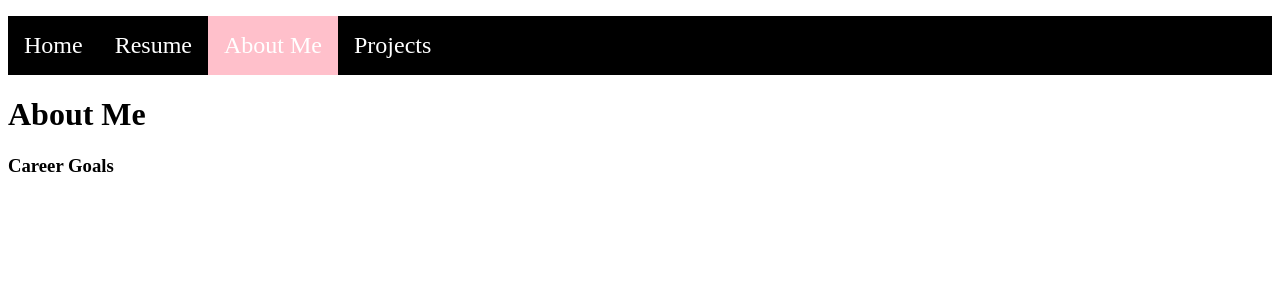
Repository: Peng-uin/Peng-uin.github.io
Page: aboutme.html
The author's editor kept a record of every edit. The page is drawn from the files as they stood at one moment, then again after the next edit.
The browser window is 1280 px wide. The pictures show the whole page.

Above is the page before.

After the next edit:
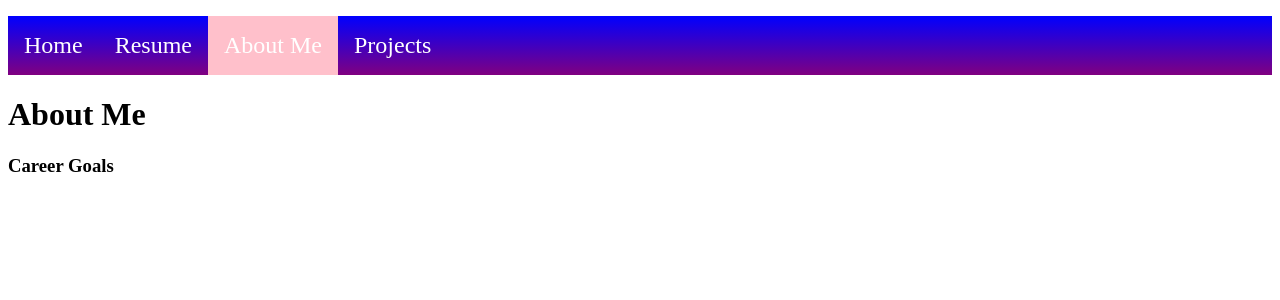
The edit:
--- a/style.css
+++ b/style.css
@@ -4,6 +4,10 @@
                 overflow: hidden;
                 padding: 0;
                 width: 100%;
+            background-image:-webkit-linear-gradient(blue, purple);
+            background-image:-moz-linear-gradient(blue, purple);
+            background-image:-o-linear-gradient(blue, purple);
+            background-image:linear-gradient(blue, purple);
             }
             .navbar a, .dropdown div{
                 text-decoration: none;
